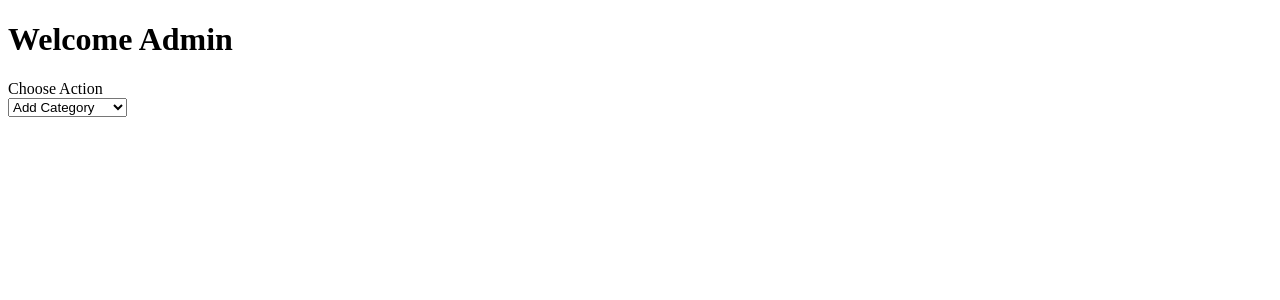
Repository: SarkarSubhajit/Advenced_Java
Page: FirstProject/src/main/webapp/welcome.html
The author's editor kept a copy of each file at every save. The page is drawn from the files as they stood at one save, then again after the next save.
The browser window is 1280 px wide. The pictures show the whole page.

Above is the page before, as saved 2025-12-05 21:05:48.

### FirstProject/src/main/webapp/welcome.html
<!DOCTYPE html>
<html>
<head>
<meta charset="UTF-8">
<title>Insert title here</title>
</head>
<body>
	<h1>Welcome Admin</h1>
	<label>Choose Action</label><br />
	<select>
		<option>Add Category</option>
		<option>Add Product</option>
		<option>Delete Category</option>
		<option>Delete Product</option>
		<option>Show Category</option>
	</select>
</body>
</html>

After the next save:
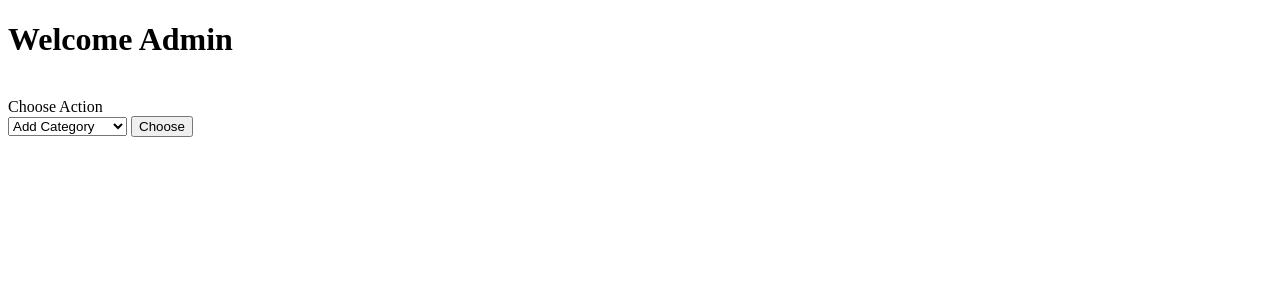
Saved 6 min 18 s later.
--- a/FirstProject/src/main/webapp/welcome.html
+++ b/FirstProject/src/main/webapp/welcome.html
@@ -6,13 +6,18 @@
 </head>
 <body>
 	<h1>Welcome Admin</h1>
-	<label>Choose Action</label><br />
-	<select>
-		<option>Add Category</option>
-		<option>Add Product</option>
-		<option>Delete Category</option>
-		<option>Delete Product</option>
-		<option>Show Category</option>
-	</select>
+	<br />
+	<form action="WelcomeAdmin" method="POST" >
+		<label>Choose Action</label><br />
+		<select name="choice" >
+			<option value="addCategory" >Add Category</option>
+			<option value="addProduct" >Add Product</option>
+			<option value="deleteCategory" >Delete Category</option>
+			<option value="deleteProduct" >Delete Product</option>
+			<option value="showCategory" >Show Category</option>
+		</select>
+
+		<input type="submit" value="Choose" />
+	</form>
 </body>
 </html>
